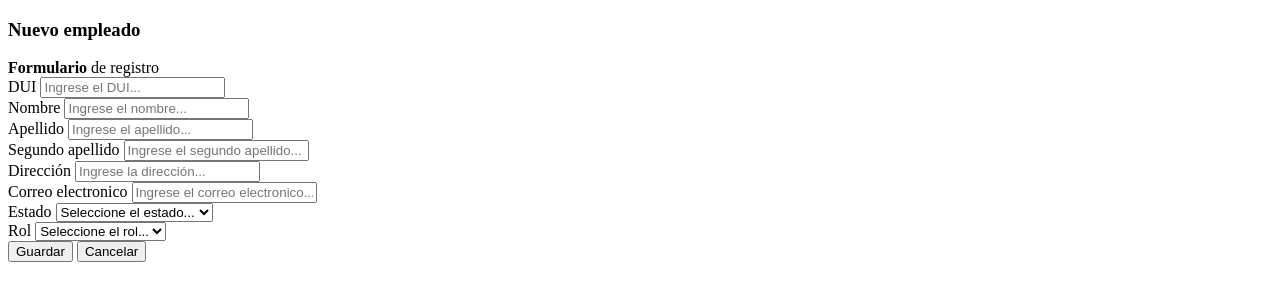
Repository: Julio-Sama/jacquis_system
Page: src/main/resources/templates/nuevo_empleado.html
An editor plug-in stored every save of this project. The page is shown before and after the next save, followed by the edit.
The browser window is 1280 px wide. The pictures show the whole page.

Above is the page before, as saved 2023-10-03 03:32:04.

### src/main/resources/templates/nuevo_empleado.html
<!DOCTYPE html>
<html lang="es" xmlns:th="https://www.thymeleaf.org">

<head>
    <meta charset="UTF-8">
</head>

<body>
    <div th:fragment="contenido" class="container-fluid">
        <!-- AQUI VA LA TABLA -->
        <div class="row">
            <div class="col-md-12">
                <!-- DATA TABLE -->
                <!-- Pongo el breadcrumbs? -->
                <h3 class="title-5 m-b-25">Nuevo empleado</h3>

                <!-- Formulario de registro de nuevo empleado -->
                <div class="card">
                    <div class="card-header">
                        <strong>Formulario</strong> de registro
                    </div>
                    <div class="card-body card-block">
                        <form th:action="@{/empleados}" th:object="${empleados}" method="POST">
                            <div class="form-group">
                                <label for="dui" class="form-control-label"> DUI </label>
                                <!-- Documento Unico de Identidad-->
                                <input type="text" th:field="*{duiEmpleado}" name="dui" id="dui"
                                    placeholder="Ingrese el DUI..." class="form-control">
                            </div>
                            <div class="form-group">
                                <label for="nombre" class=" form-control-label">Nombre</label>
                                <input type="text" th:field="*{nombre}" name="nombre" id="nombre"
                                    placeholder="Ingrese el nombre..." class="form-control">
                                <!-- <input type="email" id="nf-email" name="nf-email" placeholder="Enter Email.." class="form-control"> -->
                                <!-- <span class="help-block">Please enter your email</span> -->
                            </div>
                            <div class="form-group">
                                <label for="apellido" class=" form-control-label">Apellido</label>
                                <input type="text" th:field="*{apellido}" name="apellido" id="apellido"
                                    placeholder="Ingrese el apellido..." class="form-control">
                            </div>
                            <div class="form-group">
                                <label for="apellido2" class="form-control-label">Segundo apellido</label>
                                <input type="text" th:field="*{apellido_dos}" name="apellido2" id="apellido2"
                                    placeholder="Ingrese el segundo apellido..." class="form-control">
                            </div>
                            <div class="form-group">
                                <label for="direccion" class=" form-control-label">Dirección</label>
                                <input type="text" th:field="*{direccion}" name="direccion" id="direccion"
                                    placeholder="Ingrese la dirección..." class="form-control">
                            </div>
                            <div class="form-group">
                                <label for="correo" class="form-control-label"> Correo electronico</label>
                                <input type="email" th:field="*{correo_empleado}" name="correo" id="correo"
                                    placeholder="Ingrese el correo electronico..." class="form-control">
                            </div>
                            <!-- <div class="form-group">
                                <label for="telefono" class="form-control-label"> Telefono</label>
                                <input type="text" name="telefono" id="telefono" placeholder="Ingrese el telefono..."
                                    class="form-control">
                            </div> -->
                            <div class="form-group">
                                <label for="estado" class="form-control-label">Estado</label>
                                <select name="estado" id="estado" class="form-control" th:field="*{estado_empleado}">
                                    <option value="0">Seleccione el estado...</option>
                                    <option value="ACTIVO">Activo</option>
                                    <option value="INACTIVO">Inactivo</option>
                                </select>
                            </div>
                            <div class="form-group">
                                <label for="rol" class="form-control-label">Rol</label>
                                <select name="rol" id="rol" class="form-control" th:field="*{empleado_fk}">
                                    <option value="0">Seleccione el rol...</option>
                                    <option value="1">Administrador</option>
                                    <option value="2">Empleado</option>
                                </select>
                            </div>
                            <div class="card-footer">
                                <button type="submit" class="btn btn-primary btn-sm">
                                    <i class="fa fa-dot-circle-o"></i> Guardar
                                </button>
                                <button type="reset" class="btn btn-danger btn-sm">
                                    <i class="fa fa-ban"></i> Cancelar
                                </button>
                            </div>
                        </form>
                    </div>
                </div>
            </div>
        </div>
    </div>

</body>

</html>

After the next save:
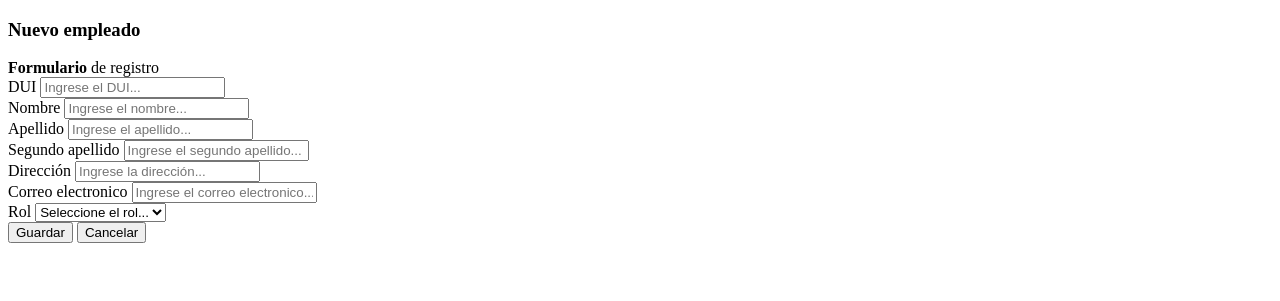
Saved 118 s later.
--- a/src/main/resources/templates/nuevo_empleado.html
+++ b/src/main/resources/templates/nuevo_empleado.html
@@ -59,14 +59,14 @@
                                 <input type="text" name="telefono" id="telefono" placeholder="Ingrese el telefono..."
                                     class="form-control">
                             </div> -->
-                            <div class="form-group">
+                            <!-- <div class="form-group">
                                 <label for="estado" class="form-control-label">Estado</label>
                                 <select name="estado" id="estado" class="form-control" th:field="*{estado_empleado}">
                                     <option value="0">Seleccione el estado...</option>
                                     <option value="ACTIVO">Activo</option>
                                     <option value="INACTIVO">Inactivo</option>
                                 </select>
-                            </div>
+                            </div> -->
                             <div class="form-group">
                                 <label for="rol" class="form-control-label">Rol</label>
                                 <select name="rol" id="rol" class="form-control" th:field="*{empleado_fk}">
